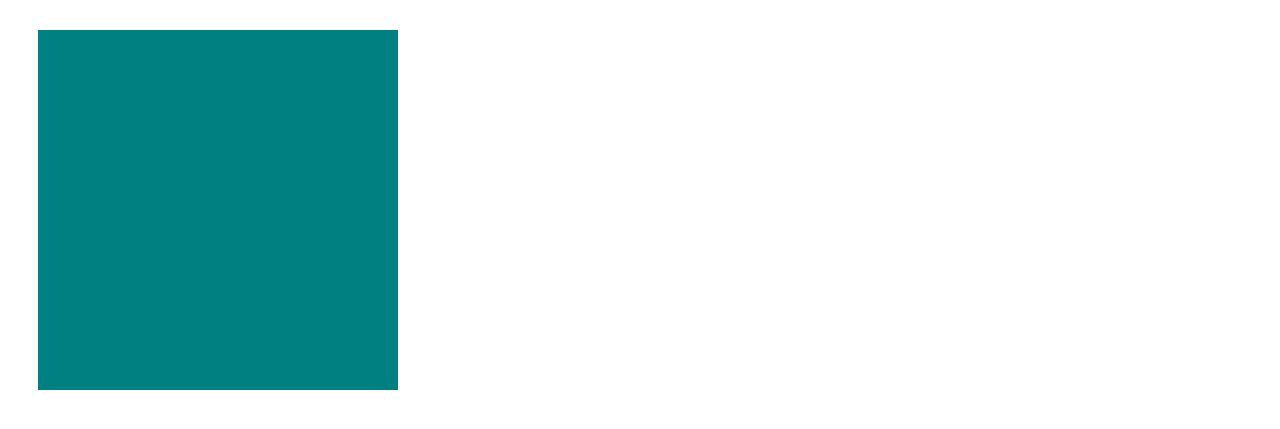
Repository: cyaomasa/java-
Page: box/box.html
The author's editor kept a record of every edit. The page is drawn from the files as they stood at one moment, then again after the next edit.
The browser window is 1280 px wide. The pictures show the whole page.

Above is the page before.

After the next edit:
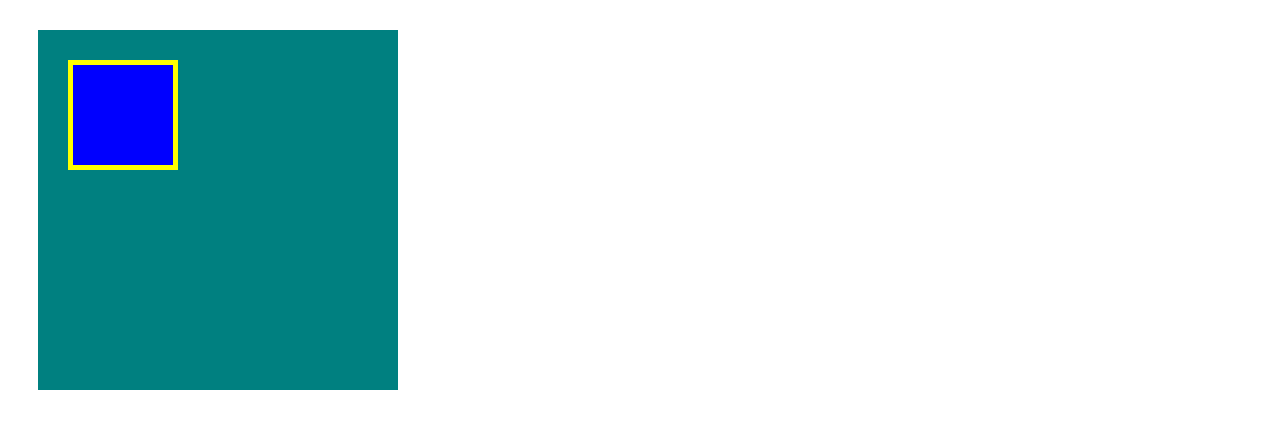
The edit:
--- a/box/box.html
+++ b/box/box.html
@@ -9,6 +9,8 @@
 
   <body>
     <!--box1用のdiv-->
-    <div class="box1"></div>
+    <div class="box1">
+     <div class="box2"></div>
+     </div>
   </body>
 </html>
